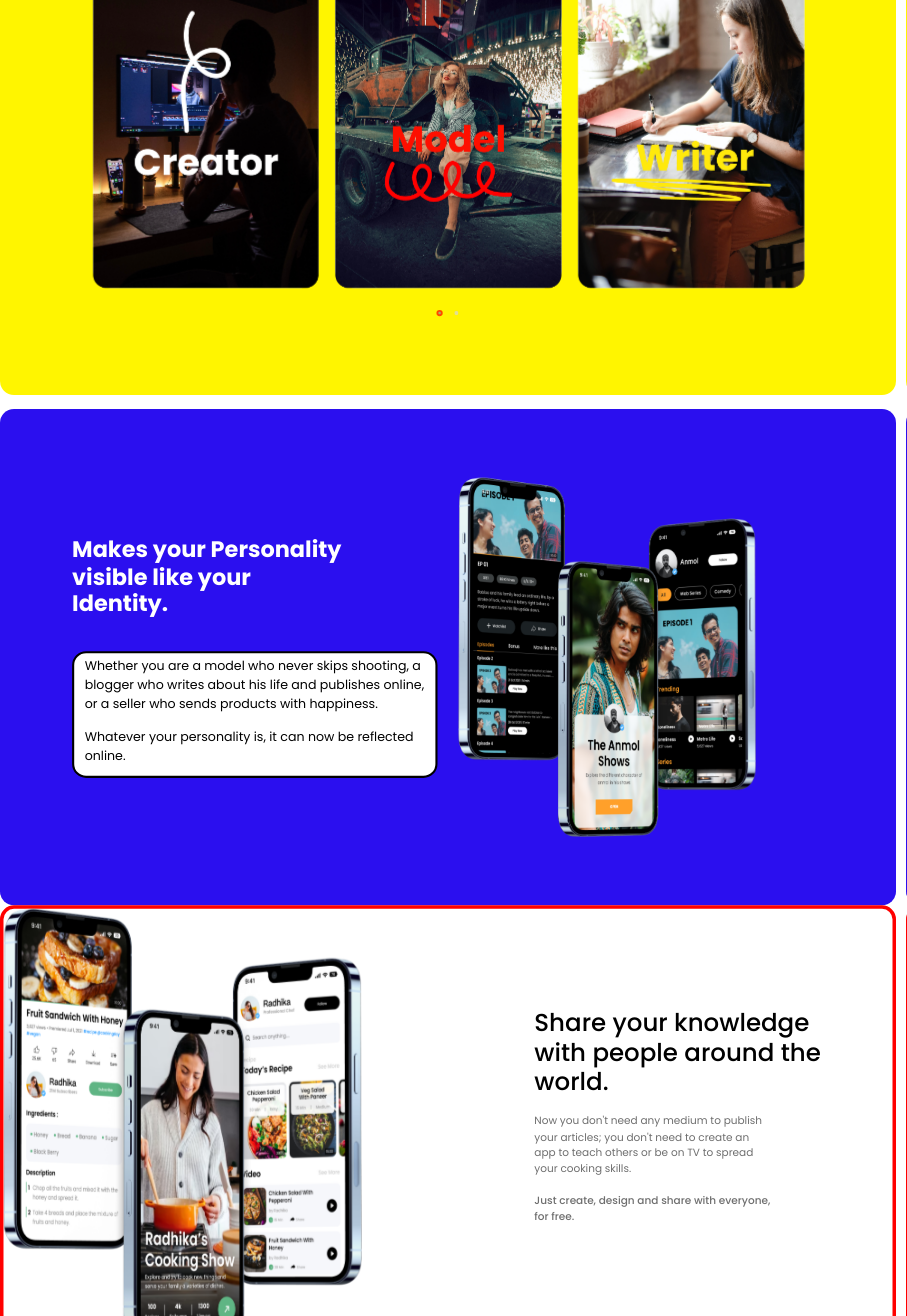
Repository: itsmesikandar/swavy.in.github.io
Page: index.html
These files come from the project's save history. The page is drawn as it stood at one moment and after the next save; the edit follows.
The browser window is 1280 px wide. The page is 1295 px wide, so the pictures cover 1295 px, including what lies to the right of the window. The pictures show the part of the page from y = 1626 to 3506 px (the page is 4931 px tall), at 70% of full size.

Above is the page before, as saved 2023-02-23 00:30:14.
Console error: TypeError: Cannot read properties of undefined (reading 'fn')

After the next save:
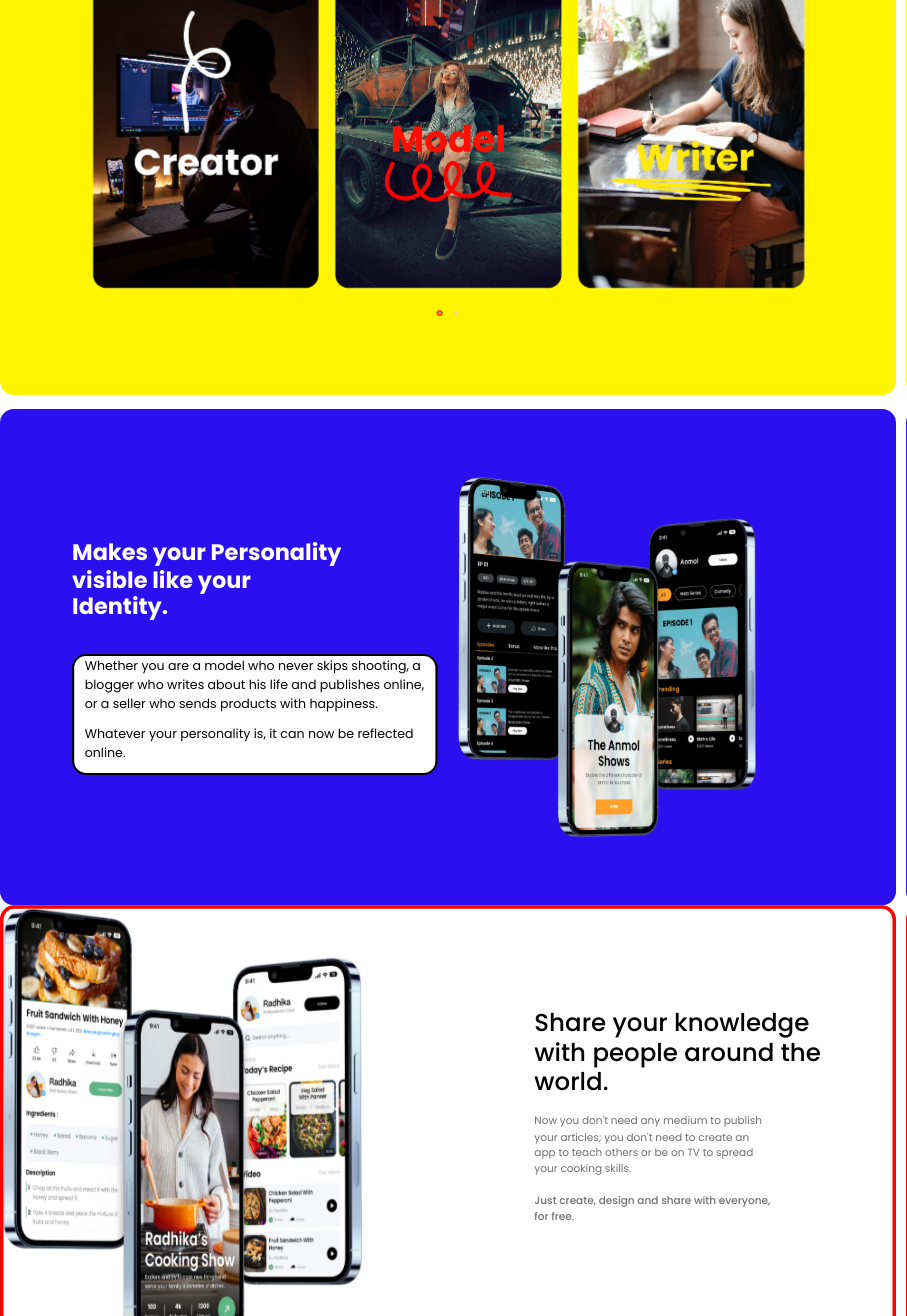
Saved 12 s later.
--- a/index.html
+++ b/index.html
@@ -141,7 +141,7 @@
                   <div class="col-12 col-lg-offset-1 col-lg-6 grid-margin grid-margin-lg-0 align-left pl-5 pt-5 pb-5" data-aos="fade-right">
                     <h3 class="m-0 font-wt-h3 mb-5">Makes your Personality<br>visible like your<br>Identity.</h3>
                     <div class="col-lg-12  font-wt-wb">
-                      <p class="py-1 font-wt-c">Whether you are a model who never skips shooting, a blogger who writes about his life and publishes online, or a seller who sends products with happiness.</p>
+                      <p class="py-0 font-wt-c">Whether you are a model who never skips shooting, a blogger who writes about his life and publishes online, or a seller who sends products with happiness.</p>
                       <p class="font-wt-c ">Whatever your personality is, it can now be reflected online.</p>
                     </div>
                   </div>
